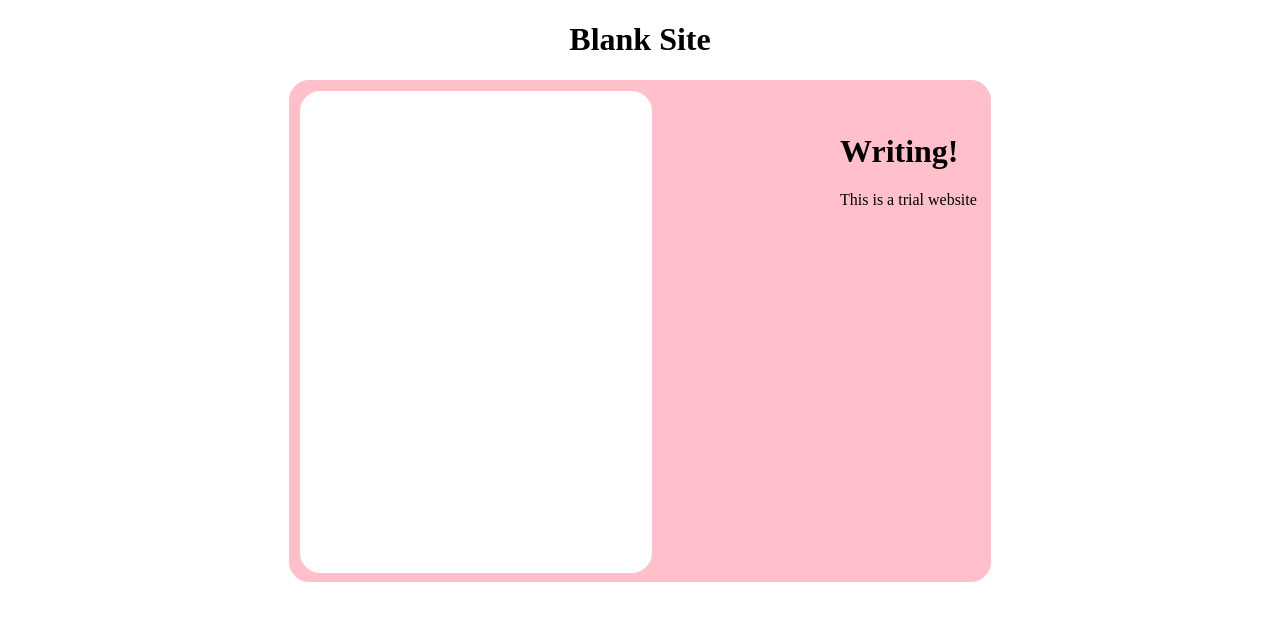
Repository: yhung004/Blank_Project
Page: index.html
An editor plug-in stored every save of this project. The page is shown before and after the next save, followed by the edit.
The browser window is 1280 px wide. The pictures show the whole page.

Above is the page before, as saved 2024-04-04 03:26:30.

### index.html
<!DOCTYPE html>
<html lang="en">
<head>
    <meta charset="UTF-8">
    <meta name="viewport" content="width=device-width, initial-scale=1.0">
    <title>Blank_Project</title>
    <link rel="stylesheet" href="index.css">
</head>
<body>
    <h1 class="header1">Blank Site</h1>
    <div class="main">
        <div class="container"></div>
        <div class="words">
            <h1 class="heading2">Writing!</h1>
            <p class="subwriting">This is a trial website</p>
        </div>

    </div>

</body>
</html>

### index.css
.header1 {
    text-align: center;
}
.main {
    background-color: pink;
    width: 700px;
    height: 500px;
    margin:auto;
    border: 1px solid pink;
    border-radius: 20px;
}
.container {
    margin:10px;
    background-color:white;
    width:350px;
    height: 480px;
    border :1px solid white;
    border-radius: 20px;
    display: flexbox;
}
.words {
    display:inline;
    float:right;
}
.heading2 {
    margin-top: -450px;
    margin-left:-150px;
}
.subwriting {
    margin-left:-150px;
}

After the next save:
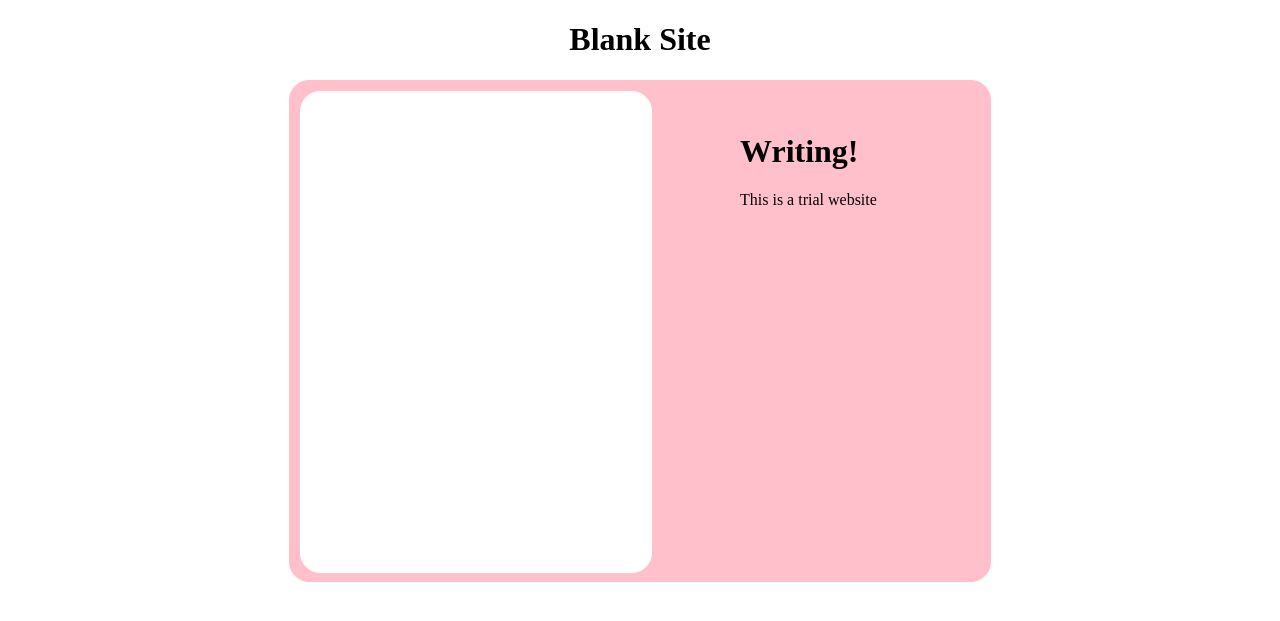
Saved 19 s later.
--- a/index.css
+++ b/index.css
@@ -24,8 +24,8 @@
 }
 .heading2 {
     margin-top: -450px;
-    margin-left:-150px;
+    margin-left:-250px;
 }
 .subwriting {
-    margin-left:-150px;
+    margin-left:-250px;
 }
